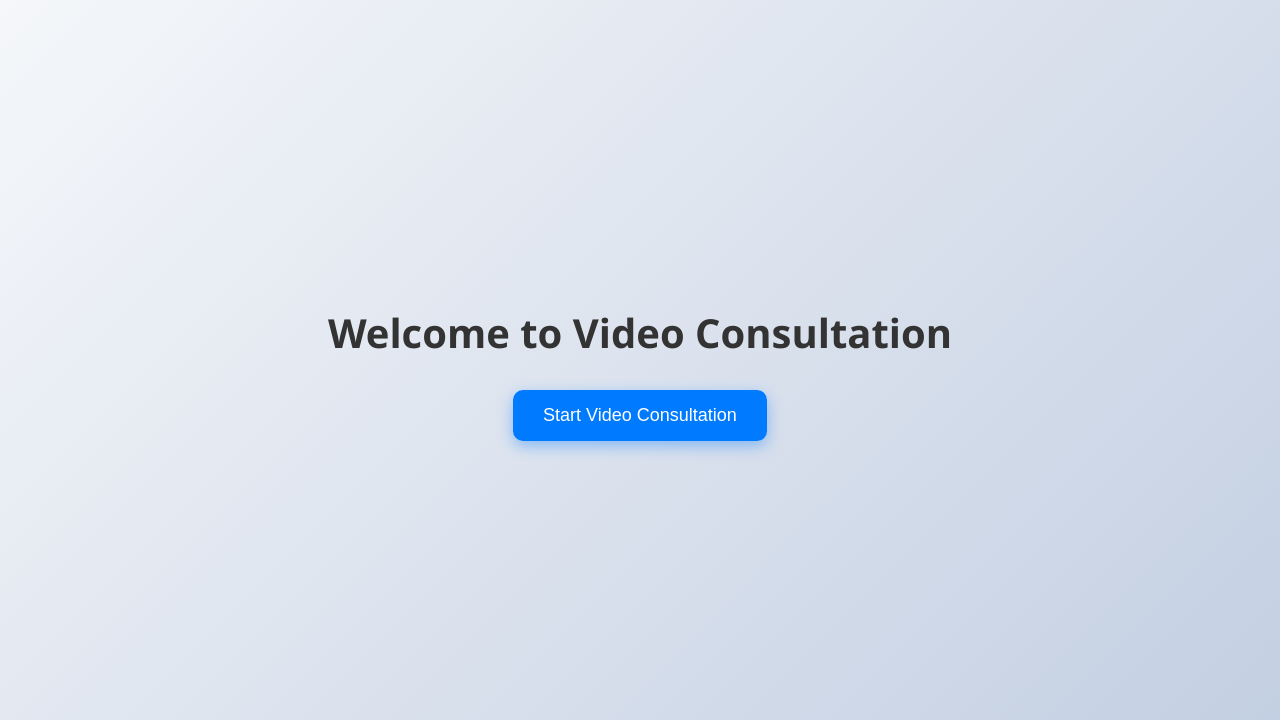
Repository: sanchitsinghal1/CallNexus
Page: /
These files come from the project's save history. The page is drawn as it stood at one moment and after the next save; the edit follows.
The browser window is 1280 px wide. The pictures show the whole page.
The project was rebuilt for these pictures with package versions that can differ from the ones it lists, and the page was loaded fresh each time. Also part of the build but not shown: src/VideoCall.js.

Above is the page before, as saved 2025-07-31 15:05:17.

After the next save:
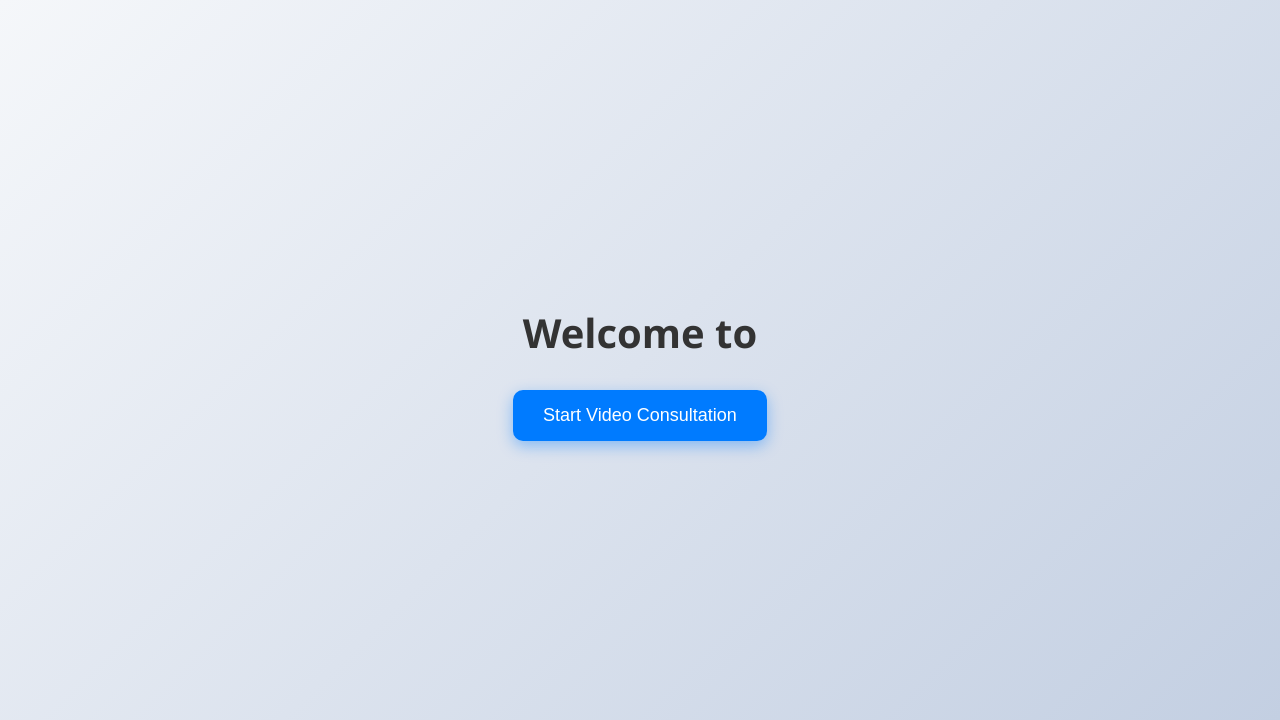
Saved 13 s later.
--- a/src/App.js
+++ b/src/App.js
@@ -8,7 +8,7 @@
 function Home() {
   return (
     <div className="landing-container">
-      <h1 className="heading">Welcome to Video Consultation </h1>
+      <h1 className="heading">Welcome to </h1>
       <Link to="/video-call">
         <button className="start-button">Start Video Consultation</button>
       </Link>
